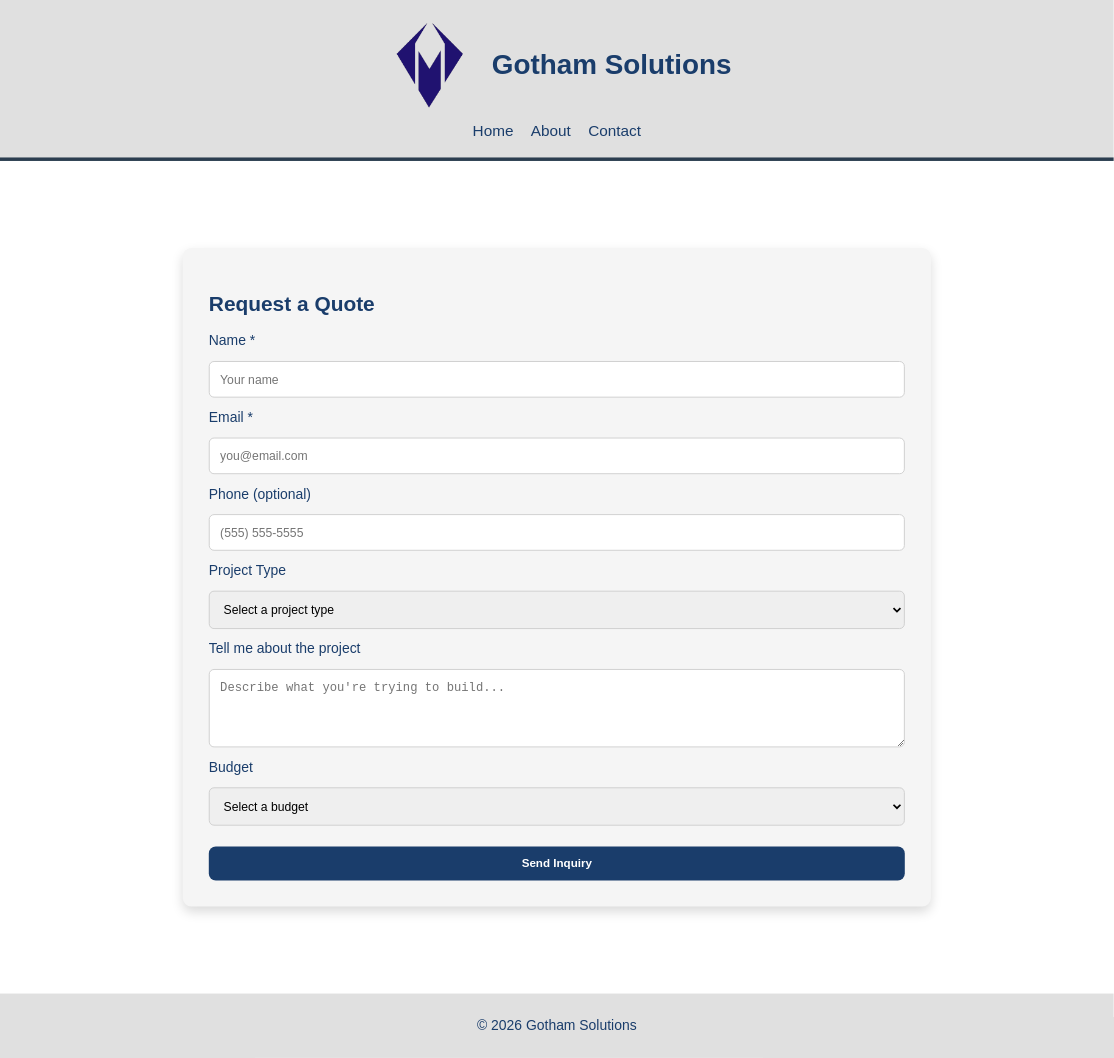
Repository: kmm569/gothamsolutions
Page: contact.html
These files come from the project's save history. The page is drawn as it stood at one moment and after the next save; the edit follows.
The browser window is 1280 px wide. The pictures show the whole page, at 87% of full size.

Above is the page before, as saved 2026-03-08 01:57:21.

After the next save:
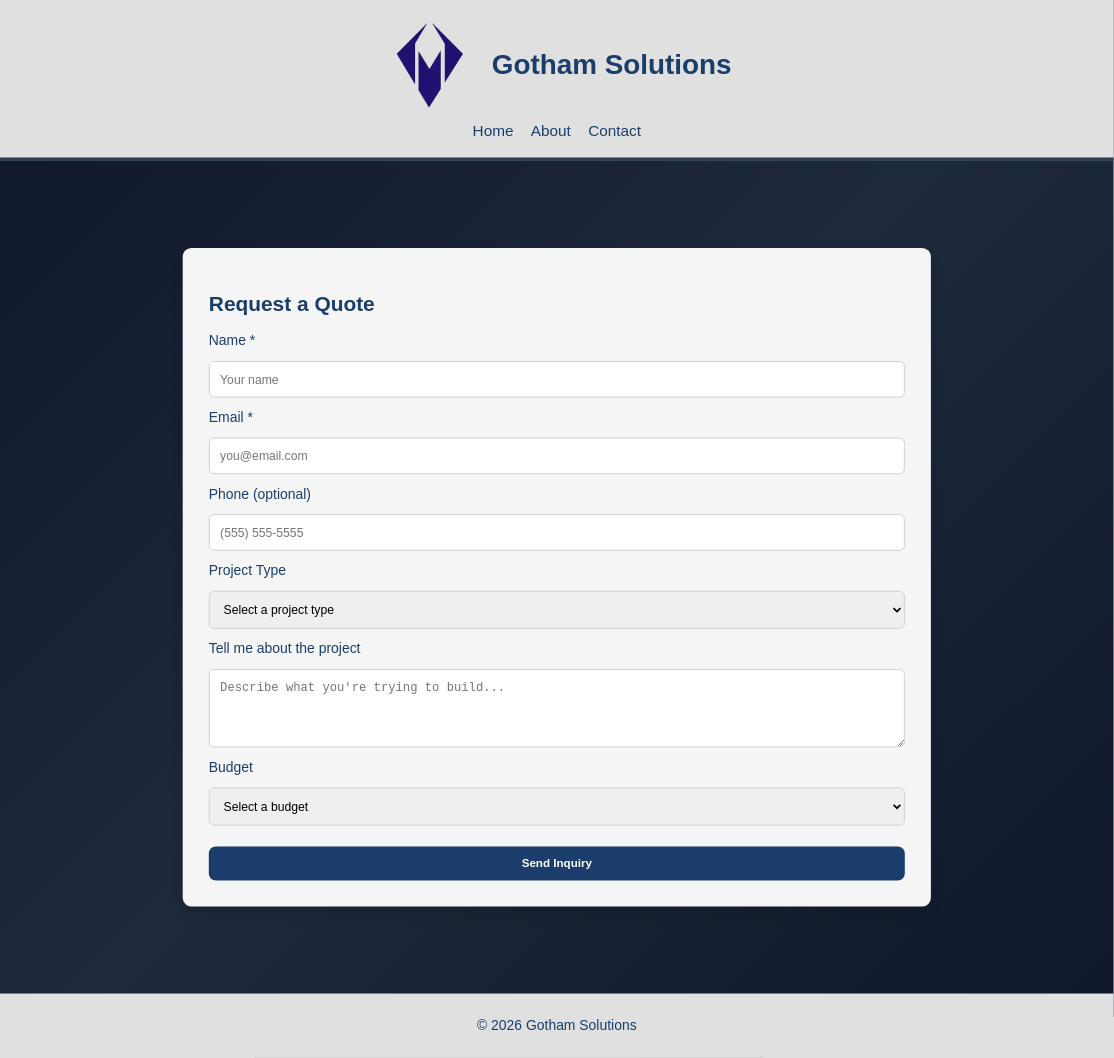
Saved 65 min 13 s later.
--- a/styles.css
+++ b/styles.css
@@ -344,3 +344,14 @@ footer{
 	-webkit-mask:url("/icons/target.svg") no-repeat center;
 	-webkit-mask-size:contain;
 }
+
+body{
+	background: linear-gradient(
+		135deg,
+		#0f172a,
+		#1e293b,
+		#0f172a
+	);
+
+	min-height:100vh;
+}
